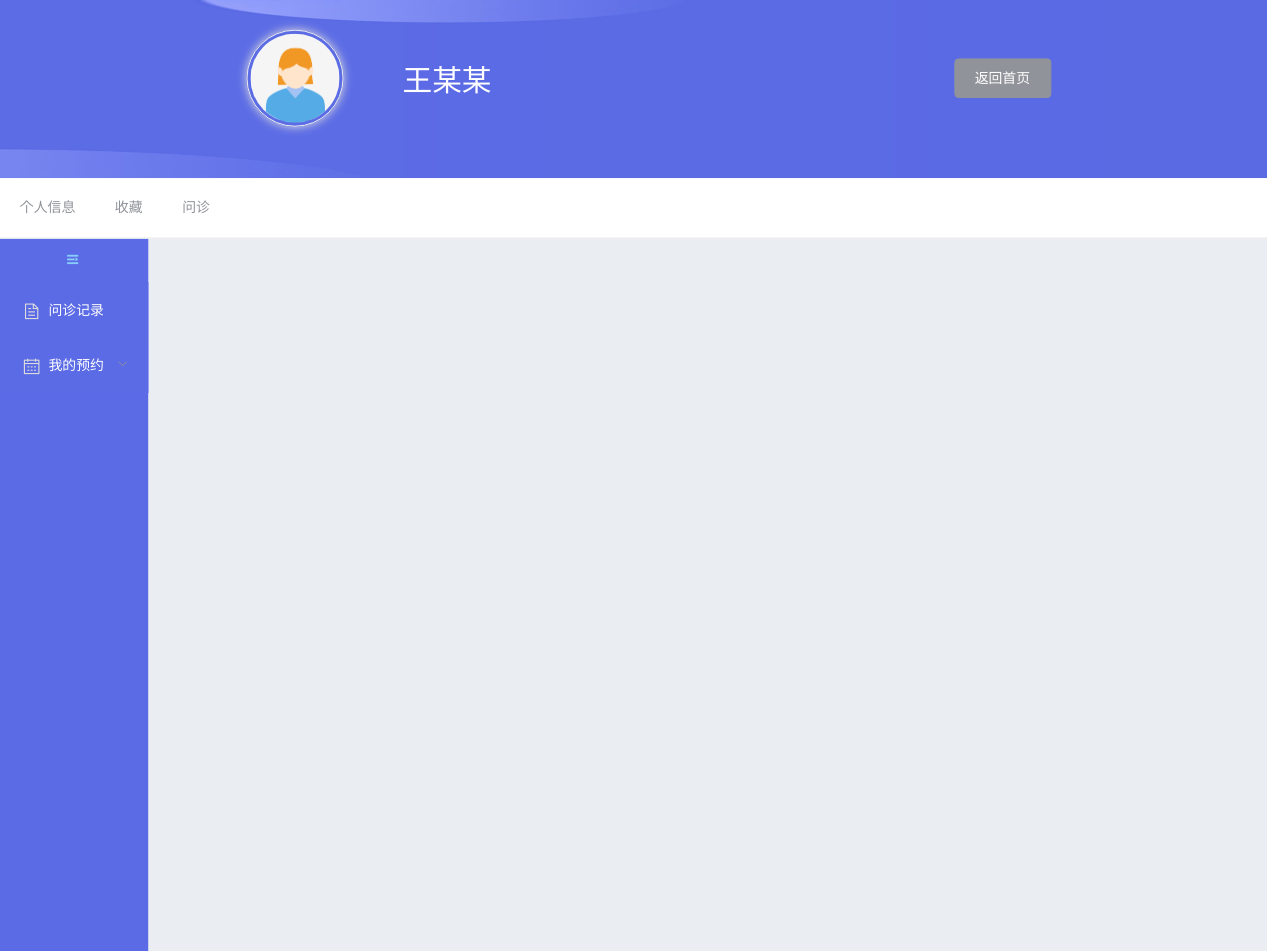
Repository: DiscreteL/SOA_Front
Page: /#/sucApply
These files come from the project's save history. The page is drawn as it stood at one moment and after the next save; the edit follows.
The browser window is 1280 px wide. The pictures show the whole page, at 99% of full size.
The project was rebuilt for these pictures with package versions that can differ from the ones it lists, and the page was loaded fresh each time. Also part of the build but not shown: vue.config.js, src/components/navigation.vue, src/components/dialog.vue, src/views/news.vue, src/components/announcement.vue, src/components/patientKnow.vue, src/views/Home.vue, src/views/login.vue and 15 more.

Above is the page before, as saved 2021-11-29 17:17:16.

After the next save:
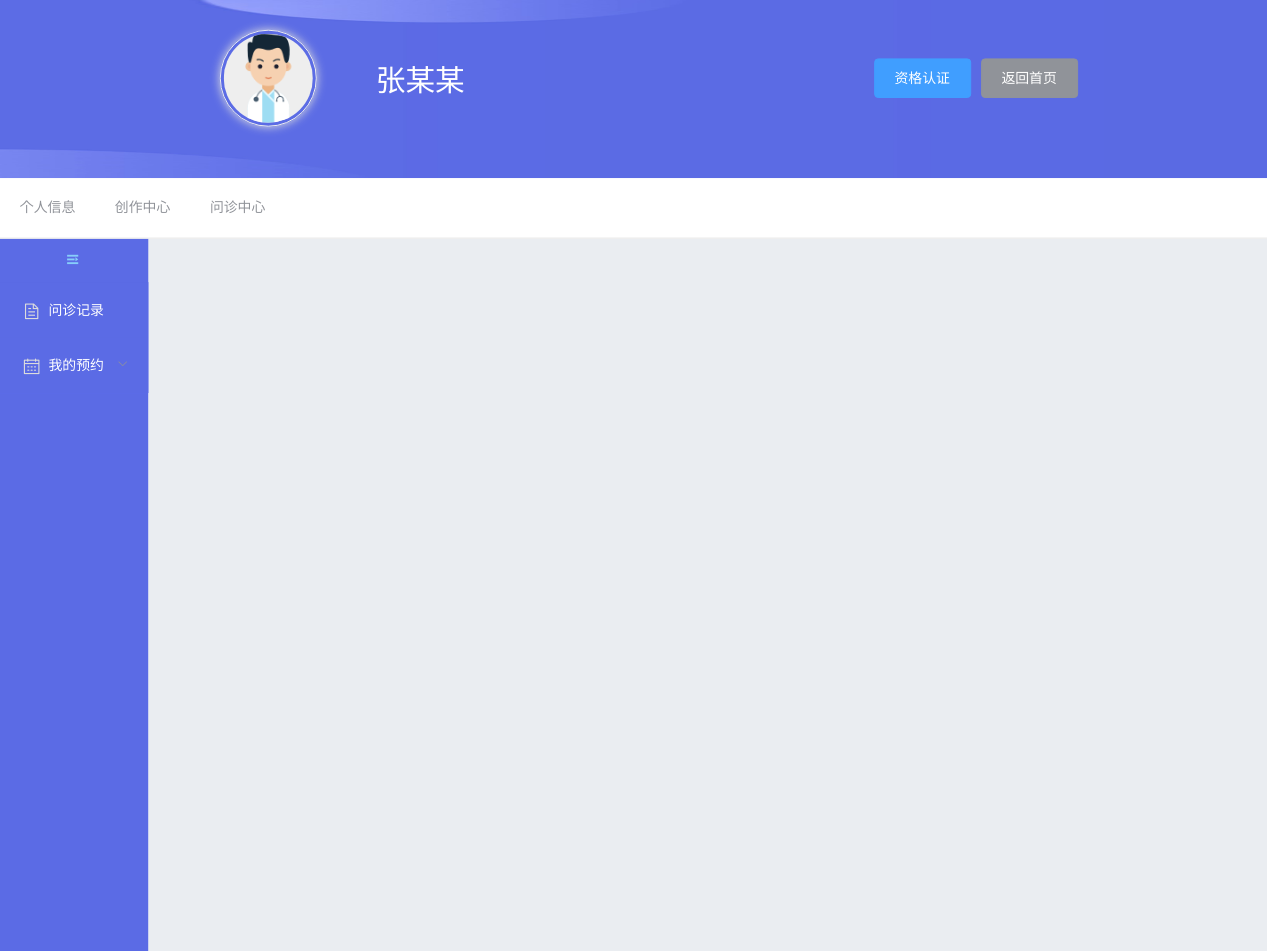
Saved 45 s later.
--- a/src/views/doctor/consultCenter.vue
+++ b/src/views/doctor/consultCenter.vue
@@ -1,6 +1,6 @@
 <template>
   <div class="home_container">
-    <UserHomeNav></UserHomeNav>
+    <UserHomeNav2></UserHomeNav2>
     <!--页面主体区-->
     <el-container>
       <!--侧边栏-->
@@ -52,12 +52,12 @@
 </template>
 
 <script>
-import UserHomeNav from "@/components/userhomenav.vue";
+import UserHomeNav2 from "@/components/userhomenav2.vue";
 
 export default {
-  name: "Consult",
+  name: "ConsultCenter",
   components: {
-    UserHomeNav,
+    UserHomeNav2,
   },
   data() {
     return {
